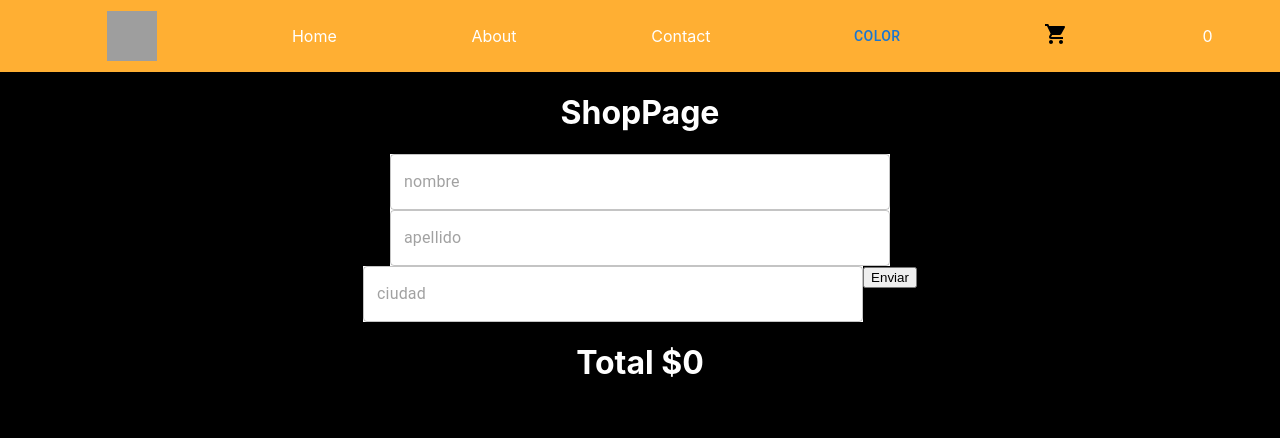
Repository: Toydrum/React-Hector-Coronado-EntregaFinal
Page: /shop
These files come from the project's save history. The page is drawn as it stood at one moment and after the next save; the edit follows.
The browser window is 1280 px wide. The pictures show the whole page.
Pictures or frames that could not be fetched are drawn as grey boxes. The project was rebuilt for these pictures with package versions that can differ from the ones it lists, and the page was loaded fresh each time. Also part of the build but not shown: vite.config.js, src/components/Button/Button.css, src/components/Button/Button.jsx, src/components/CardUser/CardUser.css, src/components/CardUser/CardUser.jsx, src/components/CardList/CardList.jsx, src/pages/HomePage/HomePage.jsx, src/pages/ContactPage/ContactPage.jsx and 4 more.

Above is the page before, as saved 2023-07-19 14:59:04.

After the next save:
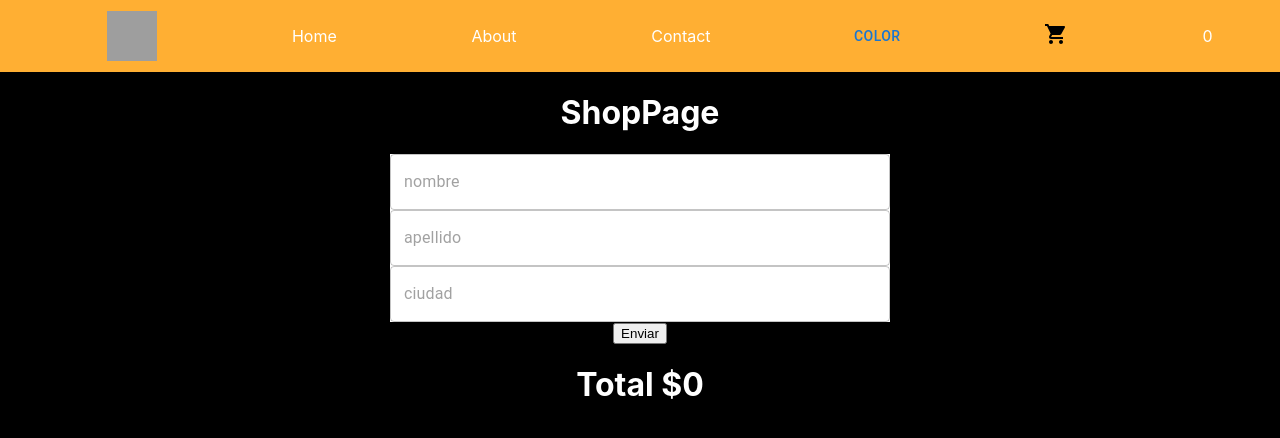
Saved 35 s later.
--- a/src/pages/ShopPage/ShopPage.jsx
+++ b/src/pages/ShopPage/ShopPage.jsx
@@ -83,10 +83,10 @@ const ShopPage = () => {
             value={values.ciudad}
             onChange={handleOnChange}
           />
-          <button type="submit" onClick={onSubmit}>
-            Enviar
-          </button>
         </form>
+        <button type="submit" onClick={onSubmit}>
+          Enviar
+        </button>
         <h1 className="total">Total ${total}</h1>
         <div className="Cards-List">
           {gatoState.shoppingCart && gatoState.shoppingCart.length > 0 ? (
